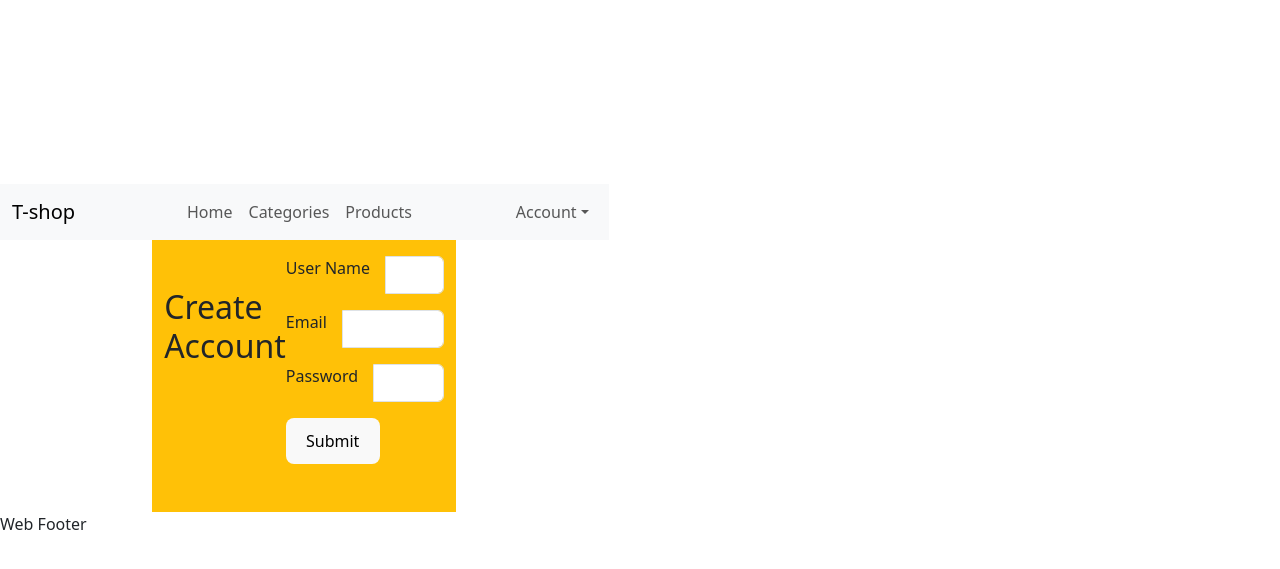
Repository: HadelAbdellatif/ecommerce1
Page: /register
The author's editor kept a copy of each file at every save. The page is drawn from the files as they stood at one save, then again after the next save.
The browser window is 1280 px wide. The pictures show the whole page.
The project was rebuilt for these pictures with package versions that can differ from the ones it lists, and the page was loaded fresh each time. Also part of the build but not shown: vite.config.js, src/components/web/home/Home.jsx, src/components/web/categories/Categories.jsx, src/components/dashboard/navbar/Navbar.jsx, src/components/dashboard/footer/Footer.jsx, src/layouts/DashboardLayout.jsx, src/components/dashboard/home/Home.jsx, src/components/dashboard/categories/Categories.jsx.

Above is the page before, as saved 2023-11-25 15:10:06.

### src/main.jsx
import React from 'react'
import ReactDOM from 'react-dom/client'

import '../node_modules/bootstrap/dist/css/bootstrap.min.css'
import '../node_modules/bootstrap/dist/js/bootstrap.bundle.min.js'

import { ToastContainer } from 'react-toastify';
import 'react-toastify/dist/ReactToastify.css';

import App from './App.jsx'
import './index.css'

ReactDOM.createRoot(document.getElementById("root")).render(
  <App />
);

### src/App.jsx
import React from 'react'
import {router} from './layouts/Routes.jsx'
import axios from 'axios'
import { ToastContainer } from 'react-toastify';
import {createBrowserRouter, RouterProvider, } from "react-router-dom";



export default function App() {
  return (
    <RouterProvider router={router} />
  )
}

### src/layouts/Routes.jsx

import {createBrowserRouter, RouterProvider, } from "react-router-dom";

import Layout from "./Layout.jsx";
import Home from "./../components/web/home/Home.jsx";
import Categories from "./../components/web/categories/Categories.jsx";
import Register from "../components/web/register/Register.jsx";

import DashboardLayout from "../layouts/DashboardLayout.jsx";
import DashboardHome from "../components/dashboard/home/Home.jsx";
import DashboardCategories from "../components/dashboard/categories/Categories.jsx";


export const router = createBrowserRouter([
    {
      path: "/",
      element: <Layout />,
      children:[
        {
          path:'home',
          element: <Home />
        },
        {
          path:'categories',
          element: <Categories />
        },
        {
          path:'register',
          element: <Register />
        },
        {
          path:'*',
          element: <h2 className='fst-italic'>page not found --- web</h2>
        }
      ]
    },
    {
      path:"/dashboard",
      element: <DashboardLayout />,
      children:[
        {
          path:'home',
          element: <DashboardHome />
        },
        {
          path:'categories',
          element: <DashboardCategories />
        },
        {
          path:'*',
          element: <h2 className='fst-italic'>page not found --- dashboard</h2>
        }
      ]
    }

  ]);

### src/layouts/Layout.jsx
import React from 'react'
import Navbar from '../components/web/navbar/Navbar'
import Footer from '../components/web/footer/Footer'
import { Outlet } from 'react-router-dom'

export default function Layout() {
    return (
        <>
            <Navbar />
            <Outlet />
            <Footer />
        </>
    )
}

### src/components/web/register/Register.jsx
import React from 'react'
import Input from '../../shared/Input';
import { useFormik } from 'formik';
import { registerSchema } from '../Validate';

export default function Register() {

    const onSubmit = values => {
        console.log(values);
    }

    const initialValues = {
        userName: '',
        email: '',
        password: '',
    }

    const formik = useFormik({  //like backend
        initialValues
        ,
        onSubmit
        ,
        validationSchema: registerSchema
        /*  validate: values => {
              let errors = {};
              if (!values.userName) {
                  errors.userName = "user name is required";
              }
              if (!values.email) {
                  errors.email = "email is required";
              }
              if (!values.password) {
                  errors.password = "password is required";
              }

              return errors;
          }
          */
    });


    const inputs = [
        {
            id: 'username',
            type: 'text',
            name: 'userName',  //like backend
            title: 'User Name',
            value: formik.values.userName,  //like backend
        },
        {
            id: 'email',
            type: 'email',
            name: 'email', //like backend
            title: 'Email',
            value: formik.values.email, //like backend

        },
        {
            id: 'password',
            type: 'password',
            name: 'password', //like backend
            title: 'Password',
            value: formik.values.password, //like backend
        },
    ];


    const renderInputs = inputs.map((input, index) =>
        <Input
            type={input.type}
            id={input.id}
            name={input.name}
            title={input.title}
            value={input.value}
            onChange={formik.handleChange}
            errors={formik.errors}
            onBlur={formik.handleBlur}
            touched={formik.touched}
            key={index} />
    )


    return (
        <>
            <div className="container bg-warning w-50 d-flex justify-content-center ">
                <h2 className='mt-5'>Create Account</h2>
                <div className=' '>

                    <form className='mb-5' onSubmit={formik.handleSubmit}>
                        {renderInputs}

                        <button type='submit' disabled={!formik.isValid}>Submit</button>
                    </form>
                </div>
            </div>
        </>
    )
}

### src/components/web/navbar/Navbar.jsx
import React from 'react'
import { Link } from 'react-router-dom'

export default function Navbar() {
  return (
    <>
      <nav className="navbar navbar-expand-lg bg-body-tertiary">
        <div className="container">
          <a className="navbar-brand" href="#">T-shop</a>
          <button className="navbar-toggler" type="button" data-bs-toggle="collapse" data-bs-target="#navbarSupportedContent" aria-controls="navbarSupportedContent" aria-expanded="false" aria-label="Toggle navigation">
            <span className="navbar-toggler-icon" />
          </button>
          <div className="collapse navbar-collapse" id="navbarSupportedContent">
            <ul className="navbar-nav m-auto mb-2 mb-lg-0">

              <li className="nav-item">
                <a className="nav-link" href="#">Home</a>
              </li>


              <li className="nav-item">
                <a className="nav-link" href="#">Categories</a>
              </li>


              <li className="nav-item">
                <a className="nav-link" href="#">Products</a>
              </li>


            </ul>
            <ul className="navbar-nav">
              <li className="nav-item dropdown">
                <a className="nav-link dropdown-toggle" href="#" role="button" data-bs-toggle="dropdown" aria-expanded="false">
                  Account
                </a>
                <ul className="dropdown-menu ">
                  <li><Link  to={"/register"} className="dropdown-item" href="#">register</Link></li>
                  <li><hr className="dropdown-divider" /></li>
                  <li><a className="dropdown-item" href="#">login</a></li>
                </ul>
              </li>
            </ul>

          </div>
        </div>
      </nav>

    </>
  )
}

### src/components/web/footer/Footer.jsx
import React from 'react'

export default function Footer() {
  return (
    <div>Web Footer</div>
  )
}

### src/components/shared/Input.jsx
import React from 'react'

export default function Input({ id, title, type = 'text', name, value, onChange, errors, onBlur, touched }) {
    return (
        <>
            <div className="input-group my-3">
                <label htmlFor={id} className='me-3'>{title}</label>
                <input type={type} name={name} className="form-control" id={id} value={value} onChange={onChange} onBlur={onBlur}/>
                {touched[name] && errors[name] && <p className='text text-danger'>{errors[name]}</p>}
            </div>
        </>
    )
}

### src/components/web/Validate.js
import * as yup from 'yup';

export const registerSchema = yup.object({
    userName: yup.string().required("username is required").min(3, "must be at least 3 char").max(30, "max is 30 char"),
    email: yup.string().required("email is required").email(),
    password: yup.string().required("password is required").min(3, "must be at least 3 char").max(30, "max is 30 char"),

})

Loaded but not shown: index.html (common file); src/index.css (common file)

After the next save:
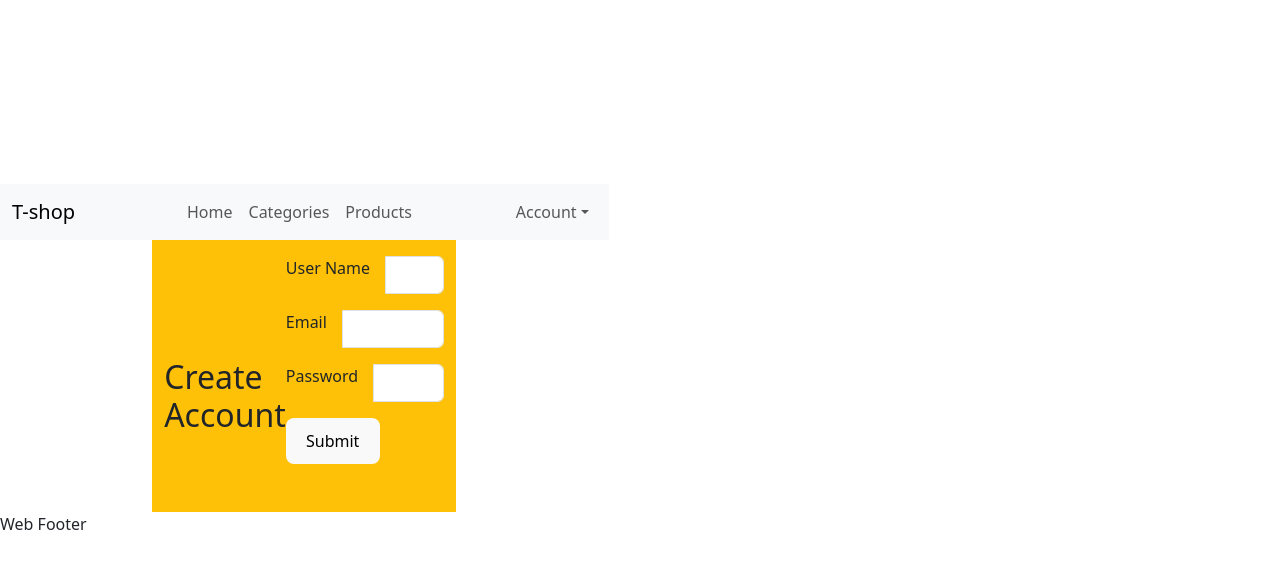
Saved 11 s later.
--- a/src/components/web/register/Register.jsx
+++ b/src/components/web/register/Register.jsx
@@ -82,7 +82,7 @@ export default function Register() {
 
     return (
         <>
-            <div className="container bg-warning w-50 d-flex justify-content-center ">
+            <div className="container bg-warning w-50 d-flex justify-content-center align-items-center">
                 <h2 className='mt-5'>Create Account</h2>
                 <div className=' '>
 
